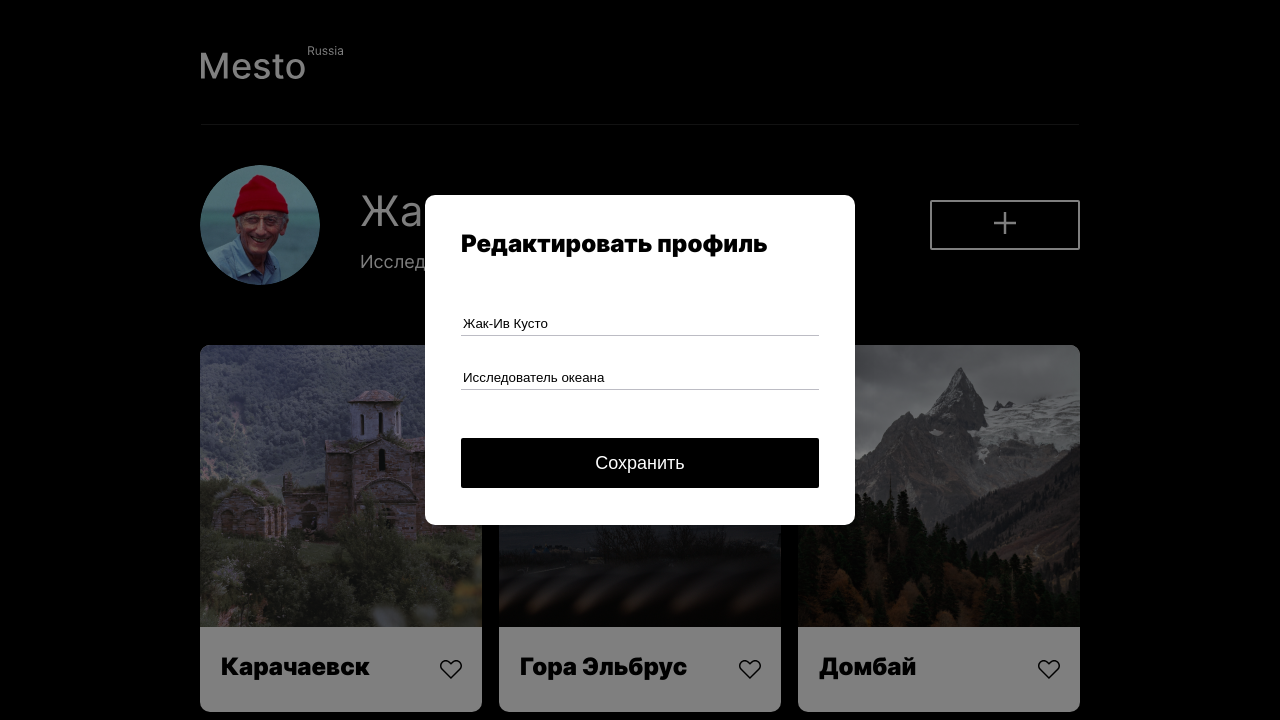
Repository: Ivan2399/mesto-project
Page: index.html
These files come from the project's save history. The page is drawn as it stood at one moment and after the next save; the edit follows.
The browser window is 1280 px wide. The pictures show the window.
A layer covers the whole window, so only the first screen is drawn.

Above is the page before, as saved 2021-12-01 11:43:33.

### index.html
<!DOCTYPE html>
<html lang="ru">

<head>
    <meta charset="UTF-8">
    <meta http-equiv="X-UA-Compatible" content="IE=edge">
    <meta name="viewport" content="width=device-width, initial-scale=1.0">
    <link rel="stylesheet" href="./pages/index.css" />
    <title>Mesto</title>
</head>
<!-- Вроде бы все поправил -->
<body class="root">
    <div class="page">
        <div class="popup popup_opened">
            <div class="popup__container">
                <button type="button" class="popup__close"></button>
                <h2 class="popup__title">Редактировать профиль</h2>
                <form name="profile-editing" class="popup__forms">
                    <input name="name-editing" type="text" class="popup__item" value="Жак-Ив Кусто">
                    <input name="hobby-editing" type="text" class="popup__item" value="Исследователь океана">
                    <button type="submit" class="popup__button">Сохранить</button>
                </form>
            </div>
        </div>
        <header class="header">
            <div class="header__container">
                <img class="header__logo" src="images/logo/Vector.svg" alt="Логотип">
            </div>
        </header>
        <main>
            <section class="profile">
                <img class="profile__avatar" src="images/avatar/Avatar.png" alt="Аватарка">
                <div class="profile__info">
                    <h1 class="profile__nickname">Жак-Ив Кусто</h1>
                    <p class="profile__hobbyname ">Исследователь океана</p>
                </div>
                <button type="button" class="profile__edit"><img src="images/buttons/pen.svg"
                        alt="редактирование"></button>
                <button type="button" class="profile__add"><img class="profile__add-size" src="images/buttons/plus.svg" alt="добавить"></button>
            </section>
            <section class="table">
                <div class="table__container">
                    <article class="table__card">
                        <img class="table__image" src="images/table/Karachaevsk.png" alt="Крепость">
                        <div class="table__card-text">
                            <h2 class="table__title">Карачаевск</h2>
                            <button type="button" class="table__button table__button_active"></button>
                        </div>
                    </article>
                    <article class="table__card">
                        <img class="table__image" src="images/table/Mountain.png" alt="Гора Эльбрус">
                        <div class="table__card-text">
                            <h2 class="table__title">Гора Эльбрус</h2>
                            <button type="button" class="table__button table__button_active"></button>
                        </div>
                    </article>
                    <article class="table__card">
                        <img class="table__image" src="images/table/Dombay.png" alt="Домбай">
                        <div class="table__card-text">
                            <h2 class="table__title">Домбай</h2>
                            <button type="button" class="table__button table__button_active"></button>
                        </div>
                    </article>
                    <article class="table__card">
                        <img class="table__image" src="images/table/Mountain.png" alt="Крепость">
                        <div class="table__card-text">
                            <h2 class="table__title">Гора Эльбрус</h2>
                            <button type="button" class="table__button table__button_active"></button>
                        </div>
                    </article>
                    <article class="table__card">
                        <img class="table__image" src="images/table/Dombay.png" alt="Крепость">
                        <div class="table__card-text">
                            <h2 class="table__title">Домбай</h2>
                            <button type="button" class="table__button table__button_active"></button>
                        </div>
                    </article>
                    <article class="table__card">
                        <img class="table__image" src="images/table/Karachaevsk.png" alt="Крепость">
                        <div class="table__card-text">
                            <h2 class="table__title">Карачаево-Ч...</h2>
                            <button type="button" class="table__button table__button_active"></button>
                        </div>
                    </article>
                </div>
            </section>
        </main>
        <footer class="footer">
            <p class="footer__logo">© 2020 Mesto Russia</p>
        </footer>
    </div>
</body>

</html>

### pages/index.css
@import url(../fonts/fonts.css);
@import url(../blocks/root/root.css);
@import url(../blocks/page/page.css);

/* header */

@import url(../blocks/header/header.css);
@import url(../blocks/header/__container/header__container.css);
@import url(../blocks/header/__logo/header__logo.css);

/* profile */

@import url(../blocks/profile/profile.css);
@import url(../blocks/profile/__avatar/profile__avatar.css);
@import url(../blocks/profile/__add/profile__add.css);
@import url(../blocks/profile/__edit/profile__edit.css);
@import url(../blocks/profile/__hobbyname/profile__hobbyname.css);
@import url(../blocks/profile/__nickname/profile__nickname.css);
@import url(../blocks/profile/__button/profile__button.css);
@import url(../blocks/profile/__info/profile__info.css);
@import url(../blocks/profile/__add-size/profile__add-size.css);

/* table */

@import url(../blocks/table/table.css);
@import url(../blocks/table/__button/table__button.css);
@import url(../blocks/table/__card/table__card.css);
@import url(../blocks/table/__container/table__container.css);
@import url(../blocks/table/__image/table__image.css);
@import url(../blocks/table/__title/table__title.css);
@import url(../blocks/table/__button/_active/table__button_active.css);
@import url(../blocks/table/__card-text/table__card-text.css);

/* footer */

@import url(../blocks/footer/footer.css);
@import url(../blocks/footer/__logo/footer__logo.css);

/* popup */

@import url(../blocks/popup/popup.css);
@import url(../blocks/popup/__container/popup__container.css);
@import url(../blocks/popup/__forms/popup__forms.css);
@import url(../blocks/popup/__item/popup__item.css);
@import url(../blocks/popup/__button/popup__button.css);
@import url(../blocks/popup/__title/popup__title.css);
@import url(../blocks/popup/__close/popup__close.css);
@import url(../blocks/popup/_opened/popup_opened.css);

### fonts/fonts.css
@font-face {
  font-family: "Inter";
  font-style: normal;
  font-weight: 900;
  src: url(./__inter/static/Inter-Black.woff) format("woff");
}
@font-face {
  font-family: "Inter";
  font-style: normal;
  font-weight: 700;
  src: url(./__inter/static/Inter-Medium.woff2) format("woff2"),
    url(./__inter/static/Inter-Medium.woff) format("woff");
}
@font-face {
  font-family: "Inter";
  font-style: normal;
  font-weight: 400;
  src: url(./__inter/static/Inter-Regular.ttf) format("truetype"),
    url(./__inter/static/Inter-Regular.woff) format("woff");
}

### blocks/root/root.css
.root {
  background-color: #000000;
  margin: 0;
  padding: 0;
  font-family: "Inter", Arial, Helvetica, sans-serif;
}

### blocks/page/page.css
.page {
  position: relative;
  max-width: 1280px;
  margin: auto;
  color: white;
}

### blocks/header/header.css
.header{
    display: grid;
}

### blocks/header/__container/header__container.css
.header__container {
  margin: 0 15.7% 0 15.7%;
  max-width: 880px;
  border-bottom: 1px solid rgba(54, 54, 54, 0.7);
}
@media screen and (min-width: 300px) and (max-width: 900px) {
  .header__container {
    margin: 0;
  }
}

### blocks/header/__logo/header__logo.css
.header__logo{
    margin: 5.2% 0 4.7% 0;
}
@media screen and (min-width:300px) and (max-width:900px){
    .header__logo{
        margin: 28px 0 31.6px 27px;
        width:103.74px;
        height:24.24px;
    }
}

### blocks/profile/profile.css
.profile {
  display: grid;
  grid-template-columns: 1fr 340px 1fr 1fr 1fr;
  margin: 40px auto 51px auto;
  max-width: 880px;
}
@media screen and (min-width: 250px) and (max-width: 900px) {
  .profile {
    justify-items: center;
    grid-template-columns: 289px;
    grid-template-rows: 120px 120px 50px;
    justify-content: center;
    margin: 38.25px auto 36px auto;
  }
}

### blocks/profile/__avatar/profile__avatar.css
.profile__avatar{
  max-width:120px;
  max-height:120px;
  border-radius: 50%;
  object-fit: cover;
}

### blocks/profile/__add/profile__add.css
.profile__add {
  padding: 0;
  width: 150px;
  height: 50px;
  margin-top: 35px;

  grid-column: 5;

  background-color: black;
  background-size: cover;

  border: 2px solid #ffffff;
  border-radius: 2px;

  cursor: pointer;
}
.profile__add:hover {
  opacity: 0.6;
}
@media screen and (min-width: 250px) and (max-width: 900px) {
  .profile__add {
    margin: 0;
    width: 282px;
    height: 50px;

    grid-column: 1;
    grid-row: 3;
  }
}

### blocks/profile/__edit/profile__edit.css
.profile__edit {
  padding: 0;
  margin-top: 37px;

  background-size: cover;
  background-color: black;
  border: 1px solid #ffffff;
  box-sizing: border-box;

  width: 24px;
  height: 24px;
  cursor: pointer;
}
.profile__edit:hover {
  opacity: 0.6;
}
@media screen and (min-width: 300px) and (max-width: 900px) {
  .profile__edit {
    grid-column: 1/1;
    grid-row: 2/2;
    margin-top: 30.25px;
    margin-right:28px;
    width: 18px;
    height: 18px;
    justify-self: flex-end;
  }
}

### blocks/profile/__hobbyname/profile__hobbyname.css
.profile__hobbyname {
  margin:0 0 0 30px;
  font-style: normal;
  font-weight: normal;
  font-size: 18px;
  line-height: 22px;

  text-overflow: ellipsis;
  max-width: 286px;
  overflow: hidden;
  white-space: nowrap;
}
@media screen and (min-width: 250px) and (max-width: 900px) {
  .profile__hobbyname {
    font-size: 14px;
    line-height: 17px;
    margin: 0 0 36px 0;

    max-width: 200px;
  }
}

### blocks/profile/__nickname/profile__nickname.css
.profile__nickname {
  margin: 22px 0 16px 30px;
  font-style: normal;
  font-weight: 500;
  font-size: 42px;
  line-height: 48px;

  text-overflow: ellipsis;
  max-width: 296px;
  overflow: hidden;
  white-space: nowrap;
}
@media screen and (min-width: 250px) and (max-width: 900px) {
  .profile__nickname {
    margin: 22.25px 10px 14px 0;
    font-size: 27px;
    line-height: 33px;

    max-width: 200px;
  }
}

### blocks/profile/__button/profile__button.css
.profile__button {
  display: flex;
  grid-column: 5;
  justify-self: center;
}
@media screen and (min-width: 250px) and (max-width: 900px){
  .profile__button{
    grid-column: 1;
    grid-row: 3;
  }
}

### blocks/profile/__info/profile__info.css
.profile__info {
  display: flex;
  max-width: 360px;
  flex-direction: column;

}
@media screen and (min-width: 250px) and (max-width: 900px) {
  .profile__info {
    max-width: 282px;
    align-items: center;
    grid-column: 1/1;
    grid-row:2/2;
  }
}

### blocks/profile/__add-size/profile__add-size.css
.profile__add-size {
  width: 22px;
  height: 22px;
}
@media screen and (min-width: 250px) and (max-width: 900px) {
  .profile__add-size {
    width: 16px;
    height: 16px;
  }
}

### blocks/table/table.css
.table{
    display: grid;
    max-width:1000px;
    margin:4% auto 0;
}

### blocks/table/__button/table__button.css
.table__button {
  width: 22px;
  height: 19px;
  margin: 30px 20px 30px 0;

  background-image: url(../../../images/table/heart.svg);
  background-size: cover;
  border: 0;
  background-color: white;

  cursor: pointer;

}
.table__button:hover {
  opacity: 0.5;
}

### blocks/table/__card/table__card.css
.table__card{
    max-width: 282px;
    background-color: white;
    border-radius: 10px;
    margin: 8.5px;
    display: flex;
    flex-direction: column;
}

### blocks/table/__container/table__container.css
.table__container {
    display: flex;
    flex-wrap: wrap;
    justify-content: center;
  /* display: grid;
  grid-template-columns: repeat(3, 33.33%);
  justify-items: center;
  gap: 2%; */
}
/* @media screen and (min-width: 300px) and (max-width: 500px) {
  .table__container {
    display: flex;
    flex-direction: column;
    align-items: center;
  }
} */

### blocks/table/__image/table__image.css
.table__image{
    width: 282px;
    height: 282px;
    border-radius: 10px 10px 0 0 ;
    object-fit: cover;
}

### blocks/table/__title/table__title.css
.table__title {
  margin: 25px 0 31px 21px;
  font-style: normal;
  font-weight: 900;
  font-size: 24px;
  line-height: 29px;

  text-overflow: ellipsis;
  max-width: 200px;
  overflow: hidden;
  white-space: nowrap;

  color: #000000;
}

### blocks/table/__button/_active/table__button_active.css
.table__button_active:active{
    background-image: url(../../../../images/buttons/Union.png);
    color: black;
    opacity: 1;
}

### blocks/table/__card-text/table__card-text.css
.table__card-text{
    width: 100%;
    max-height: fit-content;
    margin: auto;
    display: flex;
    justify-content: space-between;
    align-items: center;
}

### blocks/footer/footer.css
.footer{
    max-width: 840px;
    margin:67px auto 60px;
}
@media screen and (min-width: 250px) and (max-width: 800px){
    .footer{
        max-width: 282px;
        margin:46px 19px 34px 19px;
    }
}

### blocks/footer/__logo/footer__logo.css
.footer__logo {
  font-style: normal;
  font-weight: normal;
  font-size: 14px;
  line-height: 17px;
  margin: 0;
  color: #545454;
}

### blocks/popup/popup.css
.popup {
  position: fixed;
  display: none;
  width: 100%;
  max-width: 1280px;
  height: 100%;
  min-height: 720px;
  background-color: rgba(0, 0, 0, 0.5);
  flex-wrap: wrap;
  justify-content: center;
  align-items: center;
}

### blocks/popup/__container/popup__container.css
.popup__container {
  display: flex;
  flex-direction: column;
  max-width: 430px;
  max-height: 330px;
  background: #ffffff;
  box-shadow: 0px 0px 25px rgba(0, 0, 0, 0.15);
  border-radius: 10px;
}
@media screen and (min-width: 250px) and (max-width: 800px) {
  .popup__container {
    justify-content: center;
    max-width: 282px;
    max-height: 322px;
  }
}

### blocks/popup/__forms/popup__forms.css
.popup__forms {
  display: flex;
  flex-direction: column;
  align-items: center;
  padding: 0 36px 0 36px;
  border: 0;
}
@media screen and (min-width: 250px) and (max-width: 800px) {
  .popup__forms {
    padding: 0 22px 0 22px;
  }
}

### blocks/popup/__item/popup__item.css
.popup__item {
  border: 0;
  width: 100%;
  height: 24px;
  box-sizing: border-box;
  border-bottom: 1px solid #bcbcc4;
  background-color: transparent;
  margin: 30px 0 0 0;
  color:black
}
@media screen and (min-width: 250px) and (max-width: 800px) {
  .popup__item {
    min-width: 238px;
  }
}

### blocks/popup/__button/popup__button.css
.popup__button {
  width: 358px;
  height: 50px;
  margin: 48px 36px 37px 36px;
  border-radius: 2px;
  background-color: black;
  border: 0;
  color: white;
  font-style: normal;
  font-weight: normal;
  font-size: 18px;
  line-height: 22px;
  text-align: center;
  cursor: pointer;
}
.popup__button:hover {
  opacity: 0.8;
}
@media screen and (min-width: 250px) and (max-width: 800px) {
  .popup__button {
    object-fit: cover;
    margin: 45px 22px 25px 22px;
    width: 238px;
    height: 46px;

    font-size: 14px;
    line-height: 17px;
  }
}

### blocks/popup/__title/popup__title.css
.popup__title {
  margin: 34px 64px 24px 36px;

  font-style: normal;
  font-weight: 900;
  font-size: 24px;
  line-height: 29px;

  color: #000000;
}
@media screen and (min-width: 250px) and (max-width: 800px) {
  .popup__title {
    margin: 25px 22px 45px 22px;
    font-style: normal;
    font-weight: 900;
    font-size: 18px;
    line-height: 22px;
  }
}

### blocks/popup/__close/popup__close.css
.popup__close {
  position: absolute;

  background-image: url(../../../images/popup/Close\ Icon.svg);
  background-color: rgba(255, 255, 255, 0);
  background-size: cover;
  border: 0;

  cursor: pointer;

  width: 32px;
  height: 32px;
  top: -11%;
  left: 101%;
}
.popup__close:hover {
  opacity: 0.6;
}
@media screen and (min-width: 250px) and (max-width: 800px) {
  .popup__close {
    width: 20px;
    height: 20px;
    top: -10%;
    left: 93%;
  }
}

### blocks/popup/_opened/popup_opened.css
.popup_opened {
  display: flex;
}
@media screen and (min-width: 340px) and (max-width: 1000px) {
  .popup_opened {
    display: none;
  }
}

After the next save:
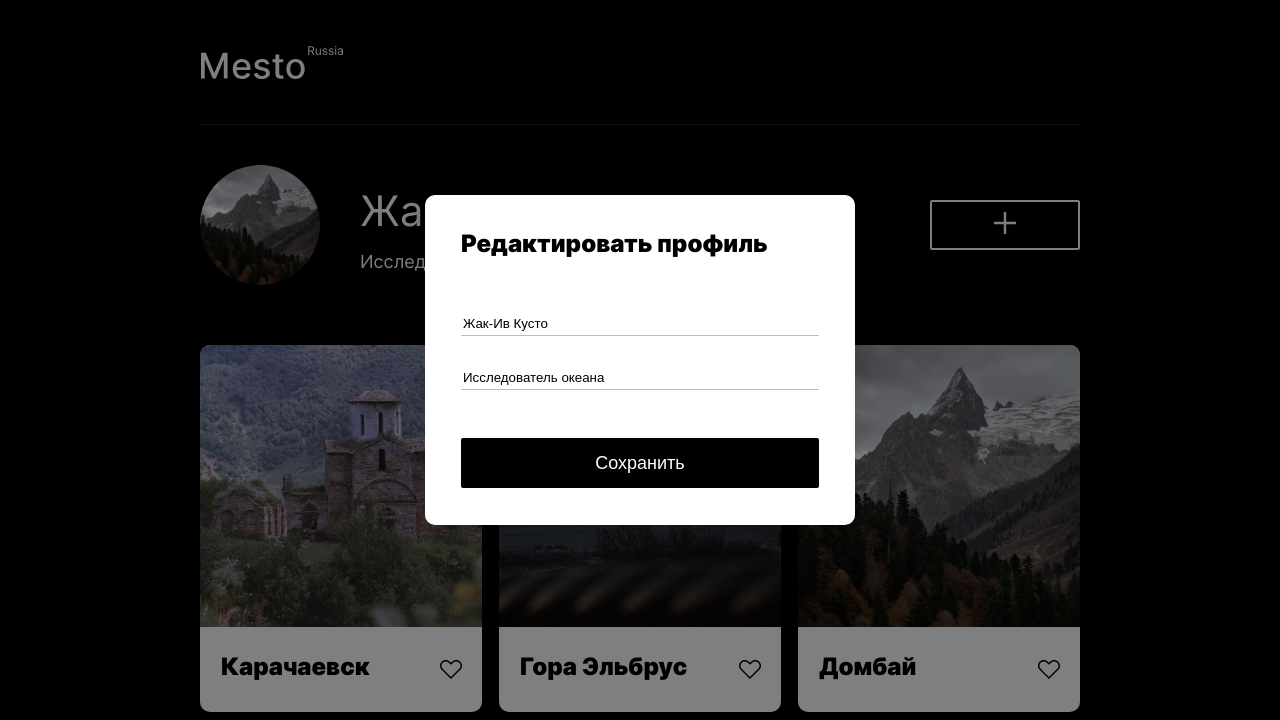
Saved 82 s later.
--- a/index.html
+++ b/index.html
@@ -29,7 +29,7 @@
         </header>
         <main>
             <section class="profile">
-                <img class="profile__avatar" src="images/avatar/Avatar.png" alt="Аватарка">
+                <img class="profile__avatar" src="./images/table/Dombay.png" alt="Аватарка">
                 <div class="profile__info">
                     <h1 class="profile__nickname">Жак-Ив Кусто</h1>
                     <p class="profile__hobbyname ">Исследователь океана</p>
